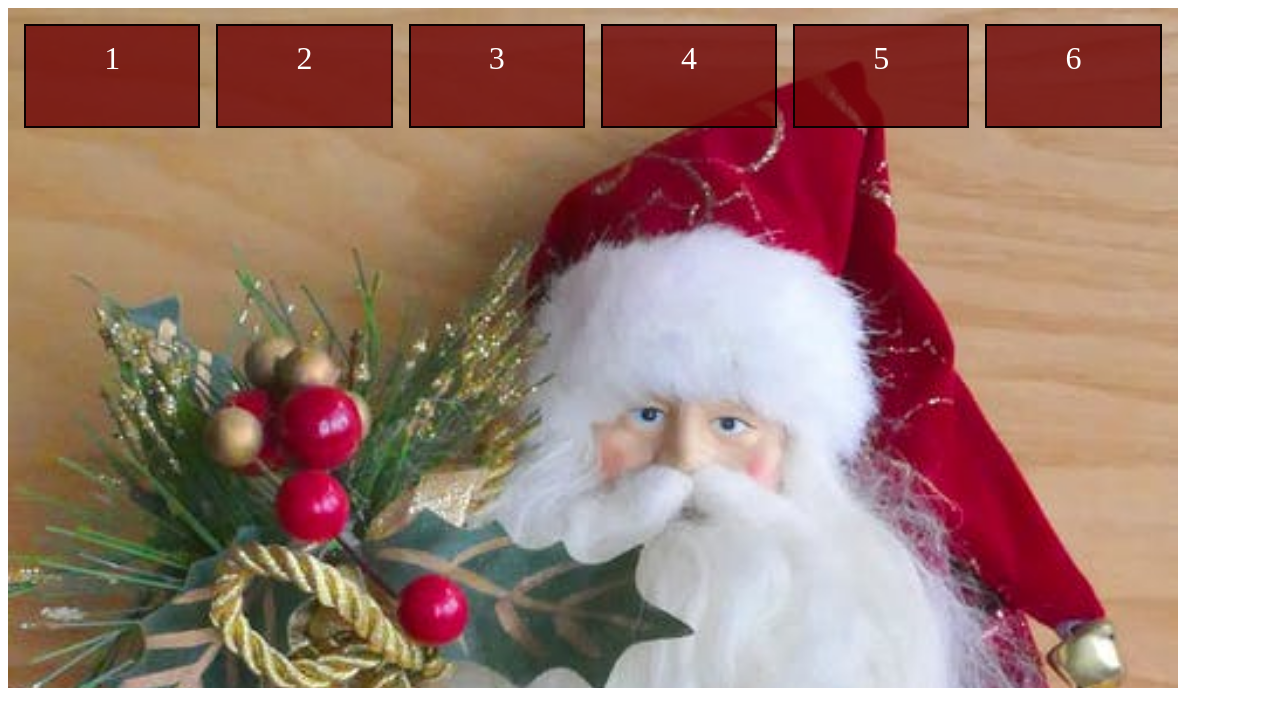
Repository: hindrik40/julprogram-js
Page: advent.html
The author's editor kept a copy of each file at every save. The page is drawn from the files as they stood at one save, then again after the next save.
The browser window is 1280 px wide. The pictures show the whole page.

Above is the page before, as saved 2021-12-14 10:49:30.

After the next save:
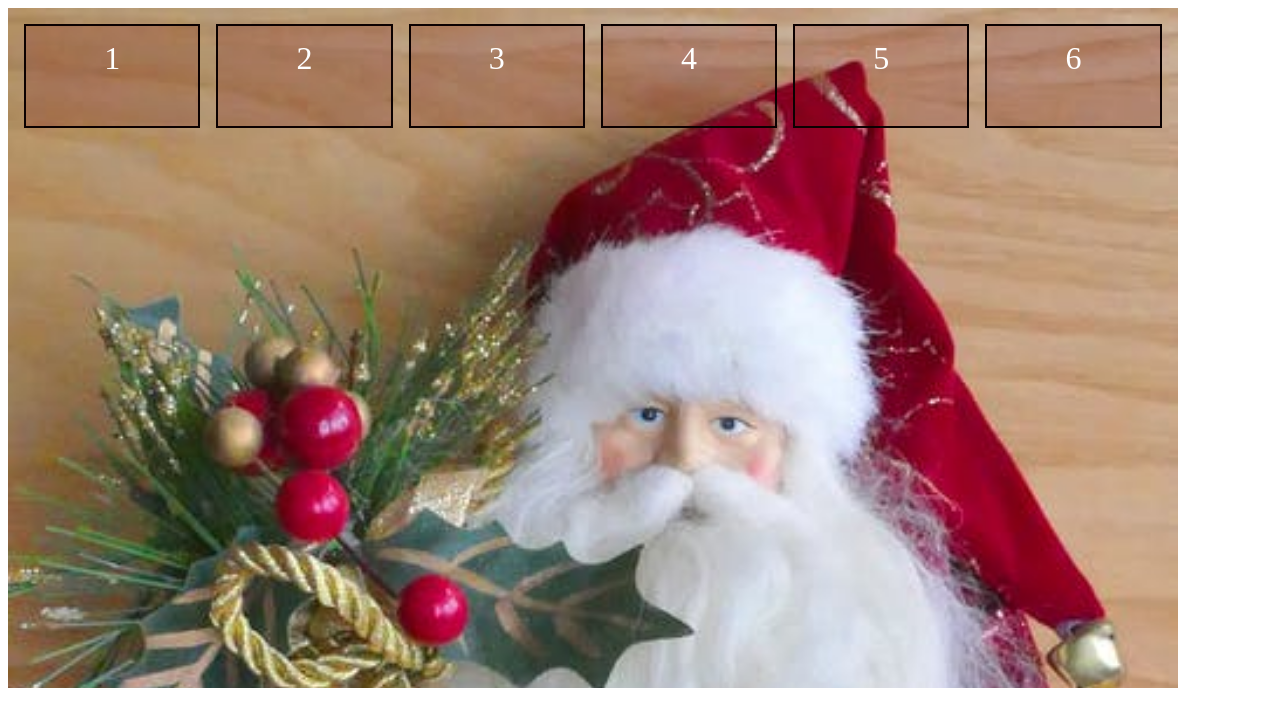
Saved 25 s later.
--- a/advent.css
+++ b/advent.css
@@ -14,7 +14,7 @@ main div{
    min-height: 100px;
    height: 4rem;
     border:solid 2px rgb(12, 1, 1);
-    background-color: rgba(112, 6, 6, 0.8);
+    background-color: rgba(112, 6, 6, 0.2);
     font-size:2rem;
     text-align: center;
     vertical-align: middle;
